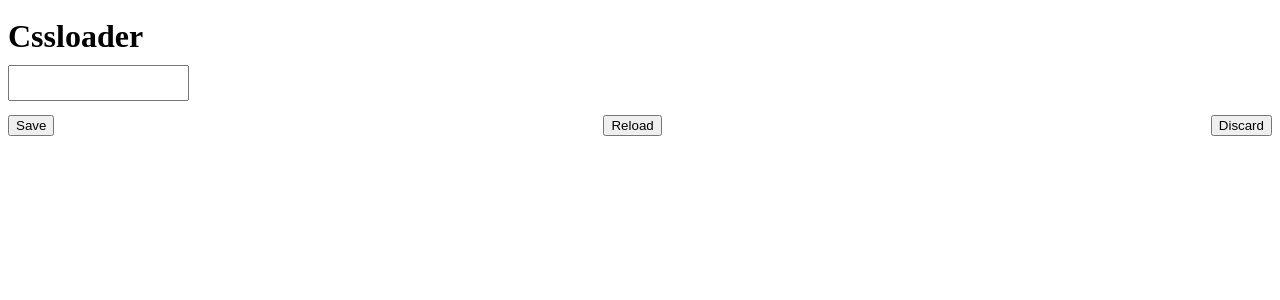
Repository: officialErnests/cssLoader
Page: popup.html
An editor plug-in stored every save of this project. The page is shown before and after the next save, followed by the edit.
The browser window is 1280 px wide. The pictures show the whole page.

Above is the page before, as saved 2026-06-19 13:41:42.
Console error: TypeError: Cannot read properties of null (reading 'addEventListener')

### popup.html
<!DOCTYPE html>
<html>
    <header>
        <link rel="stylesheet" href="style.css">
    </header>
    <body>
        <script src="popup.js"></script>
        <h1>Cssloader</h1>
        <div>
            <textarea name="css" id="css"></textarea>
        </div>
        <div class="buttons">
            <button id="save">Save</button>
            <button id="reload">Reload</button>
            <button id="discard">Discard</button>
        </div>
    </body>
</html>

### style.css
body {
    display: flex;
    flex-direction: column;
    gap: 10px;
    overflow: hidden;
}
* {

    box-sizing: border-box;
}
h1 {
    margin: 0;
}
.buttons {
    display: flex;
    justify-content: space-between;
}
textarea {
    resize: none;
}

### popup.js
const textare = document.getElementById("css")
document.getElementById("save").addEventListener("click", async () => {
    const web = await browser.storage.local.get("curent_web");
    const key = "web_" + web.curent_web;
    const result = await browser.storage.local.set({[key]: textare.innerHtml});
});
document.getElementById("reload").addEventListener('click', async () => {
    browser.tabs.query({ active: true, currentWindow: true })
        .then(tabs => browser.tabs.reload(tabs[0].id));
})

document.getElementById("reload").addEventListener('click', async () => {
    browser.tabs.query({})
      .then(tabs => {
        tabs.forEach(tab => {
          if (!tab.active) browser.tabs.discard(tab.id);
        });
      });
})

After the next save:
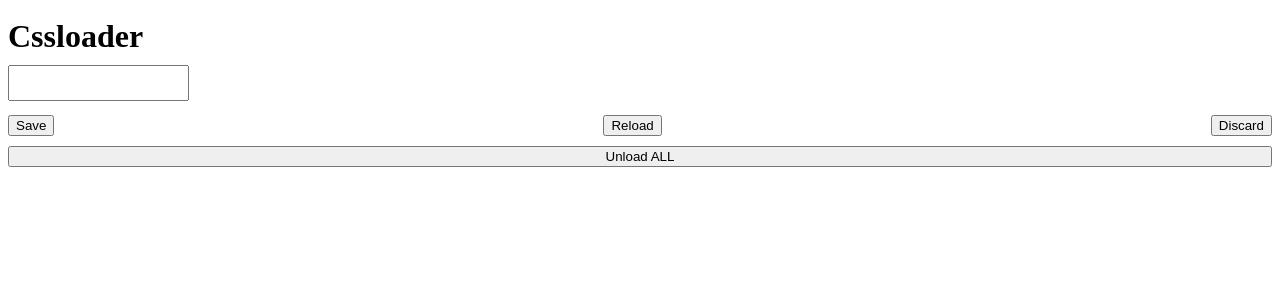
Saved 9 s later.
--- a/popup.html
+++ b/popup.html
@@ -14,5 +14,6 @@
             <button id="reload">Reload</button>
             <button id="discard">Discard</button>
         </div>
+        <button id="unload">Unload ALL</button>
     </body>
 </html>
